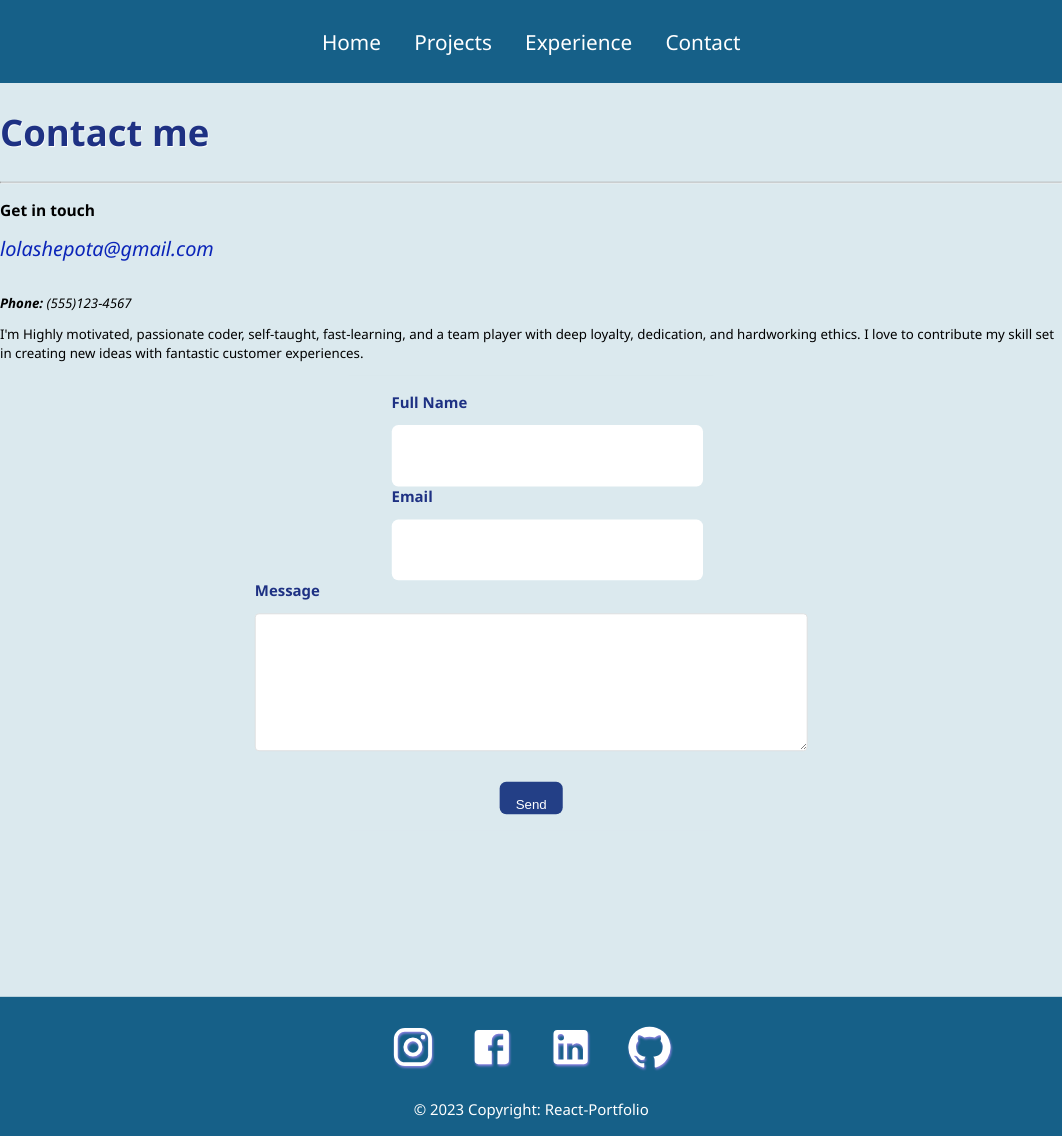
Repository: LolaSL/react-portfolio
Page: /contact
An editor plug-in stored every save of this project. The page is shown before and after the next save, followed by the edit.
The browser window is 1280 px wide. The pictures show the whole page, at 83% of full size.
The project was rebuilt for these pictures with package versions that can differ from the ones it lists, and the page was loaded fresh each time. Some packages were replaced by stand-ins written for this rebuild. Also part of the build but not shown: src/pages/Home/Style.css, src/pages/Home/Home.jsx, src/components/ProjectItem/Style.css, src/components/ProjectItem/ProjectItem.jsx, src/helpers/ProjectList.js, src/pages/Projects/Style.css, src/pages/Projects/Projects.jsx, src/pages/Experience/Style.css and 2 more.

Above is the page before, as saved 2023-09-27 17:38:27.

After the next save:
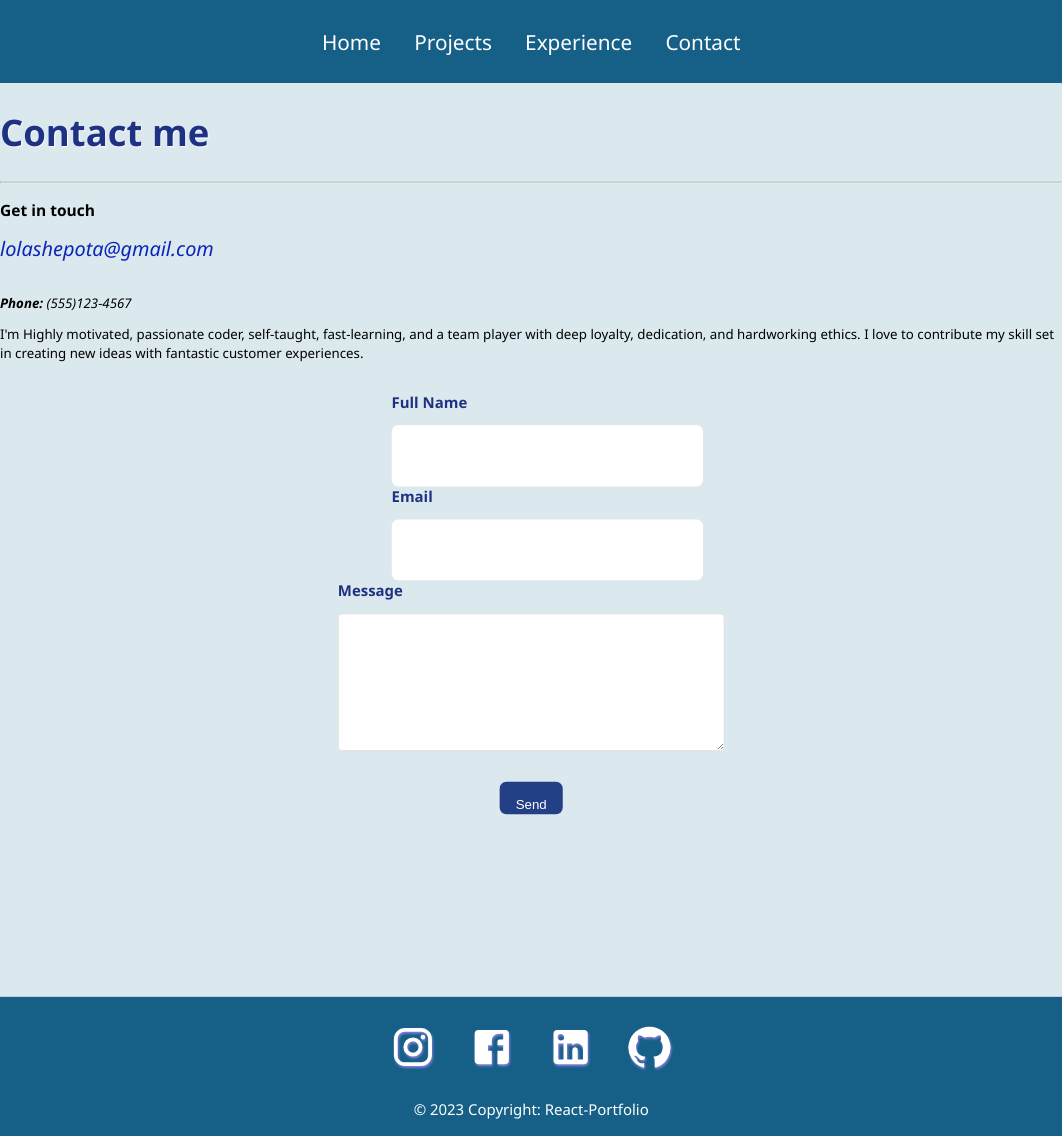
Saved 7 s later.
--- a/src/pages/Contact/Style.css
+++ b/src/pages/Contact/Style.css
@@ -43,7 +43,7 @@ h1{
     margin-top: 1rem;
   }
   textarea {
-   width: 650px;
+   width: 450px;
     max-height: 100px;
     /* min-height: 100px; */
     padding: 7px;
